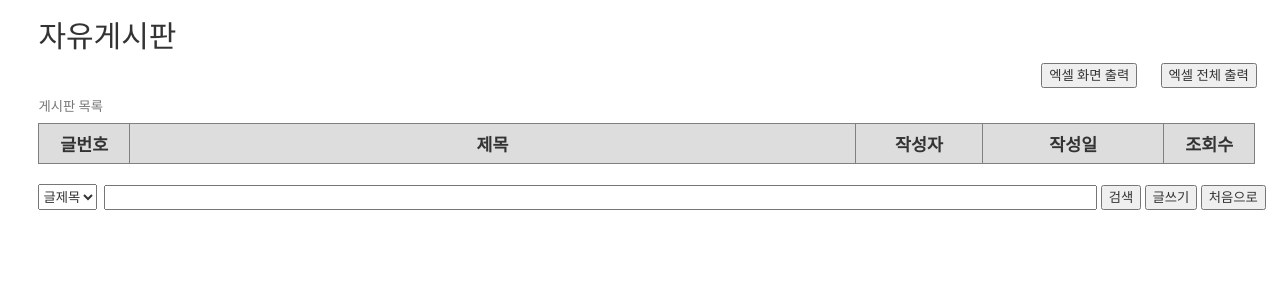
Repository: sser98/bowtech
Page: http://localhost/Board/WEB-INF/views/tiles1/board/list.jsp
An editor plug-in stored every save of this project. The page is shown before and after the next save, followed by the edit.
The browser window is 1280 px wide. The pictures show the whole page.
The page is served by Tomcat 9. Nobody is signed in. Other server files are loaded and not shown. The template is opened directly, without the code that normally fills it, so the values that code supplies are empty.

Above is the page before, as saved 2021-03-09 09:22:44.

### Board/src/main/webapp/WEB-INF/views/tiles1/board/list.jsp
<%@ page language="java" contentType="text/html; charset=UTF-8"
    pageEncoding="UTF-8"%>

<%@ taglib prefix="c" uri="http://java.sun.com/jsp/jstl/core" %>
<%@ taglib prefix="fmt" uri="http://java.sun.com/jstl/fmt" %>
<%@ taglib prefix="fn" uri="http://java.sun.com/jsp/jstl/functions" %>
<% String ctxPath = request.getContextPath(); %>

  <script src="https://ajax.googleapis.com/ajax/libs/jquery/3.5.1/jquery.min.js"></script>
  <script src="https://maxcdn.bootstrapcdn.com/bootstrap/3.4.1/js/bootstrap.min.js"></script>
  <link rel="stylesheet" href="https://maxcdn.bootstrapcdn.com/bootstrap/3.4.1/css/bootstrap.min.css">

<style type="text/css">

	* {
		font-family: "제주고딕";
		font-size: 10pt;
	}

	th {
		font-size: 13pt;
	}

	td {
		font-family: "제주고딕";
		font-size: 10pt;
	}

   table, th, td {border: solid 1px gray;}


    #table {width: 98%; border-collapse: collapse;}
    #table th, #table td {padding: 5px;}
    #table th {background-color: #DDD;}
    .subjectStyle {font-weight: bold;
                   color: navy;
                   cursor: pointer;}


    #searchWord {
    	width: 80%;
    }

    tr {
    	height: 30pt;
    }

    div#mycontent {
	    min-height: 600px;
	    padding-top: 20px;
    }

</style>

<script type="text/javascript">

   $(document).ready(function(){


      $("span.subject").bind("mouseover", function(event){
         var $target = $(event.target);
         $target.addClass("subjectStyle");

      });


      $("span.subject").bind("mouseout", function(event){
         var $target = $(event.target);
         $target.removeClass("subjectStyle");
      });


      $("input#searchWord").keyup(function(event){
         if(event.keyCode == 13) {
            // 엔터를 했을 경우
            goSearch();
         }

      });

      $("div#displayList").hide();

     // === #107. 검색어 입력시 자동글 완성하기 2 === //
      $("div#displayList").hide();
      $("input#searchWord").keyup(function(){

         var wordLength = $(this).val().length;
         // 검색어의 길이를 알아온다.

         if(wordLength == 0) {
            $("div#displayList").hide();
            // 검색어 입력후 백스페이스키를 눌러서 검색어를 모두 지우면 검색된 내용이 안 나오도록 해야 한다.
         }

         else {
            $.ajax({
               url:"<%= request.getContextPath()%>/wordSearchShow.action",
               type:"GET",
               data:{"searchType":$("select#searchType").val()
                   ,"searchWord":$("input#searchWord").val()},
               dataType:"JSON",
               success:function(json){
                  // === #112. 검색어 입력시 자동글 완성하기 7 === //
                  if(json.length > 0) {
                     // 검색된 데이터가 있는 경우임.

                     var html = "";

                     $.each(json, function(index, item){
                        var word = item.word;
                        var index = word.toLowerCase().indexOf($("input#searchWord").val().toLowerCase());
                        var len = $("input#searchWord").val().length;
                        var result = "<span style='color:blue;'>"+word.substr(0, index)+"</span><span style='color:red;'>"+word.substr(index, len)+"</span><span style='color:blue;'>"+word.substr(index+len)+"</span>";
                        html += "<span style='cursor:pointer;' class='result'>"+result+"</span><br>";
                     });

                     $("div#displayList").html(html);
                     $("div#displayList").show();

                  }
               },

               error: function(request, status, error){
                  alert("code: "+request.status+"\n"+"message: "+request.responseText+"\n"+"error: "+error);
                }
            });
         }

      });// end of $("input#searchWord").keyup()-----------------


     // === #113. 검색어 입력시 자동글 완성하기 8 === //
      $(document).on("click",".result",function(){
         var word = $(this).text();
         $("input#searchWord").val(word); // 텍스트박스에 검색된 결과의 문자열을 입력해준다.
         $("div#displayList").hide();
         goSearch();
      });



      // 검색시 검색조건 및 검색어 값 유지시키기
      if( ${not empty paraMap} ) {  // 또는 if( ${paraMap != null} ) {
         $("select#searchType").val("${paraMap.searchType}");
         $("input#searchWord").val("${paraMap.searchWord}");
      }




	   ///// === Excel 파일로 다운받기 시작 === /////
	   $("button#btnAllExcel").click(function(){


		   alert("AllExcel을 클릭 하였습니다.");
		   var frm = document.searchFrm;
		   frm.method = "POST";
		   frm.action = "<%= request.getContextPath()%>/downloadExcelFile.action";
		   frm.submit();
	   });

	   ///// === Excel 파일로 다운받기 끝 === /////

	   ///// === Excel 파일로 다운받기 시작 === /////
	   $("button#btnPageExcel").click(function(){

		   $("input#downLoadType").val("Y");
		   alert("PageExcel을 클릭 하였습니다.");
		   var frm = document.searchFrm;
		   frm.method = "POST";
		   frm.action = "<%= request.getContextPath()%>/downloadExcelFile.action";
		   frm.submit();

		   $("input#downLoadType").val("");
	   });

	   ///// === Excel 파일로 다운받기 끝 === /////

   });// end of $(document).ready(function(){})-------------------


   function goView(seq) {

      // === #124. 페이징 처리되어진 후 특정 글제목을 클릭하여 상세내용을 본 이후
      //           사용자가 목록보기 버튼을 클릭했을때 돌아갈 페이지를 알려주기 위해
      //           현재 페이지 주소를 뷰단으로 넘겨준다.
      var frm = document.goViewFrm;
      frm.seq.value = seq;

      var word=$("input#searchWord").val();
      var type=$("select#searchType").val();

      $("input[name=type]").val(type);
      $("input[name=word]").val(word);

      frm.method = "GET";
      frm.action = "<%= ctxPath%>/view.action";
      frm.submit();

   }// end of function goView(seq){}----------------------------------------------


   function goSearch() {
      var frm = document.searchFrm;
      frm.method = "GET";
      frm.action = "<%= request.getContextPath()%>/list.action";
      frm.submit();
   }// end of function goSearch() {}-----------------------


   function Write() {

	   location.href="<%=ctxPath%>/add.action";
   }


   function list() {

	   location.href="<%=ctxPath%>/list.action";
   }








</script>


<div style="padding-left: 3%;">
   <h2 style="margin-top: 20px;">자유게시판</h2>
   	<button id="btnAllExcel" title="엑셀 화면 출력" style="float: right; margin-right: 17.4pt;">엑셀 전체 출력</button>
   	<button id="btnPageExcel" title="엑셀 전체 출력" style="float: right; margin-right: 17.4pt;">엑셀 화면 출력</button>
   <table summary="최신글 순서대로 나열되어 있는 글 제목과 작성자가 표시된 게시판 표"  id="table">
   	<caption>게시판 목록</caption>


      <tr>

         <th scope="rowgroup" class="number" style="width: 50px;  text-align: center;">글번호</th>
         <th scope="rowgroup" class="title"  style="width: 400px; text-align: center;">제목</th>
         <th scope="rowgroup" class="author" style="width: 70px;  text-align: center;">작성자</th>
         <th scope="rowgroup" class="registerdate" style="width: 100px; text-align: center;">작성일</th>
         <th scope="rowgroup" class="viewcount" style="width: 50px;  text-align: center;">조회수</th>
      </tr>



      <c:forEach var="boardvo" items="${boardList}" varStatus="i">

	      <c:set var="subjectVal" value="${boardvo.subject}"/>
	      <c:set var="date" value="${boardvo.regDate}"/>
	      <c:set var="status" value="${boardvo.status}"/>
	      <c:set var="m" value="${i.index}"/>
	      <c:set var="num" value="${number-m}"/>

        <%-- === 글이 삭제된 경우 === --%>
        <c:choose>
	        <c:when test="${boardvo.status == 0}">
	        	<tr>
            	<td align="center">${num}</td>
	          	<td align="left">

	               <%-- 답변글이 아닌 원글인 경우 --%>
	               <c:if test="${boardvo.depthno == 0}">
							<span class="subject" style="color: gray;">작성자에 의해 삭제된 글입니다.</span>
	               </c:if>

	               <%-- 답변글인 경우 --%>
	               <c:if test="${boardvo.depthno > 0}">
	                  <span class="subject" style="color: gray;"><span style=" font-style: italic; padding-left: ${boardvo.depthno * 20}px;">└Re&nbsp;</span>작성자에 의해 삭제된 글입니다.</span>
	               </c:if>
	            </td>

	             <%-- === 댓글쓰기 및 답변형 및 파일첨부가 있는 게시판 끝 === --%>
			     <td align="center"><c:out value="${boardvo.name}"></c:out></td>
			     <td align="center">${fn:substring(date,0,10)}</td>
			     <td align="center">${boardvo.readCount}</td>
			  </tr>
	      	 </c:when>

	      	 <c:otherwise>
	      		<tr>
            	<td align="center">${num}</td>
	          	<td align="left">

			          <%-- === 댓글쓰기 및 답변형 및 파일첨부가 있는 게시판 시작 === --%>

			          <%-- 첨부파일이 없는 경우 --%>
			          <c:if test="${boardvo.fileName eq '0'}">
			               <%-- 답변글이 아닌 원글인 경우 --%>
			               <c:if test="${boardvo.depthno == 0}">
			                  <c:if test="${boardvo.commentCount > 0}">
									<span class="subject" onclick="goView('${boardvo.seq}')"><c:out value="${subjectVal}"></c:out><span style="vertical-align: super;">[<span style="color: red; font-size: 9pt; font-style: italic; font-weight: bold;">${boardvo.commentCount}</span>]</span> </span>
			                  </c:if>

			                  <c:if test="${boardvo.commentCount == 0}">

			                  	<c:choose>
			                  	<c:when test="${fn:length(subjectVal) > 60}">
			                  		<span class="subject" onclick="goView('${boardvo.seq}')"><c:out value=" ${fn:substring(subjectVal,0,60)}..."></c:out> </span>
			                  	</c:when>

			                  	<c:otherwise>
			                  		<span class="subject" onclick="goView('${boardvo.seq}')"><c:out value="${boardvo.subject}"></c:out></span>
			                  	</c:otherwise>
			                  	</c:choose>
			                </c:if>
			          </c:if>


			               <%-- 답변글인 경우 --%>
			               <c:if test="${boardvo.depthno > 0}">

			                  <c:if test="${boardvo.commentCount > 0}">
			                  <span class="subject" onclick="goView('${boardvo.seq}')"><span style="color: red; font-style: italic; padding-left: ${boardvo.depthno * 20}px;">└Re&nbsp;</span>${boardvo.subject} <span style="vertical-align: super;">[<span style="color: red; font-size: 9pt; font-style: italic; font-weight: bold;">${boardvo.commentCount}</span>]</span> </span>
			                  </c:if>

			                  <c:if test="${boardvo.commentCount == 0}">
			                  <span class="subject" onclick="goView('${boardvo.seq}')"><span style="color: red; font-style: italic; padding-left: ${boardvo.depthno * 20}px;">└Re&nbsp;</span>${boardvo.subject}</span>
			                  </c:if>
			               </c:if>
			          </c:if>


			          <%-- 첨부파일이 있는 경우 --%>
			          <c:if test="${boardvo.fileName ne '0'}">

			               <%-- 답변글이 아닌 원글인 경우 --%>
			               <c:if test="${boardvo.depthno == 0}">

			                  <c:if test="${boardvo.commentCount > 0}">

			                  <span class="subject" onclick="goView('${boardvo.seq}')">${boardvo.subject} <span style="vertical-align: super;">[<span style="color: red; font-size: 9pt; font-style: italic; font-weight: bold;">${boardvo.commentCount}</span>]</span> </span> &nbsp;<img alt="첨부파일이 있는 글" src="<%= request.getContextPath()%>/resources/images/disk.gif" />
			                  </c:if>
			                  <c:if test="${boardvo.commentCount == 0}">
			                  <span class="subject" onclick="goView('${boardvo.seq}')">${boardvo.subject}</span> &nbsp;<img alt="첨부파일이 있는 글" src="<%= request.getContextPath()%>/resources/images/disk.gif" />
			                  </c:if>
			               </c:if>

			               <%-- 답변글인 경우 --%>
			               <c:if test="${boardvo.depthno > 0}">
			                  <c:if test="${boardvo.commentCount > 0}">
			                  <span class="subject" onclick="goView('${boardvo.seq}')"><span style="color: red; font-style: italic; padding-left: ${boardvo.depthno * 20}px;">└Re&nbsp;</span>${boardvo.subject} <span style="vertical-align: super;">[<span style="color: red; font-size: 9pt; font-style: italic; font-weight: bold;">${boardvo.commentCount}</span>]</span> </span> &nbsp;<img alt="첨부파일이 있는 글" src="<%= request.getContextPath()%>/resources/images/disk.gif" />
			                  </c:if>

			                  <c:if test="${boardvo.commentCount == 0}">
			                  <span class="subject" onclick="goView('${boardvo.seq}')"><span style="color: red; font-style: italic; padding-left: ${boardvo.depthno * 20}px;">└Re&nbsp;</span>${boardvo.subject}</span> &nbsp;<img alt="첨부파일이 있는 글" src="<%= request.getContextPath()%>/resources/images/disk.gif" />
			                  </c:if>
			               </c:if>
			          </c:if>


			     </td>
			     		<%-- === 댓글쓰기 및 답변형 및 파일첨부가 있는 게시판 끝 === --%>
			            <td align="center"><c:out value="${boardvo.name}"></c:out></td>
			            <td align="center">${fn:substring(date,0,10)}</td>
			            <td align="center">${boardvo.readCount}</td>
			  </tr>
			 </c:otherwise>
      	</c:choose>
      </c:forEach>
   </table>

   <%-- === #122. 페이지바 보여주기 === --%>
   <div align="center" style="width: 70%; border: solid 0px gray; margin: 20px auto;">
      ${pageBar}
   </div>


   <%-- ~~~~~~~~~~~~~~~~~~~~~~~~~~~~~~~~~~~~~~~~~~~~~~~~~~~
             페이징 처리되어진 후 특정 글제목을 클릭하여 상세내용을 본 이후
        사용자가 목록보기 버튼을 클릭했을때 돌아갈 페이지를 알려주기 위해
        현재 페이지 주소를 뷰단으로 넘겨준다. --%>

   <form name="goViewFrm">
      <input type="hidden" name="seq" />
      <input type="hidden" name="gobackURL" style="width: 100%;" value="${gobackURL}"/>
   </form>

   <%-- === #101. 글검색 폼 추가하기 : 글제목, 글쓴이로 검색을 하도록 한다. === --%>
   <form name="searchFrm"  style="margin-bottom: 20px;">
      <select title="검색유형을 선택하세요" name="searchType" id="searchType" style="height: 26px;">
         <option value="subject" title="글제목" selected>글제목</option>
         <option value="name" title="글쓴이" >글쓴이</option>
      </select>
      <label for="searchWord"></label>
      <input type="text" title="검색어 입력" name="searchWord" id="searchWord" size="40" autocomplete="off" />
      <input type="hidden" name="downLoadType" id="downLoadType"/>
      <button type="button" title="검색" onclick="goSearch();">검색</button>
      <button type="button" title="글쓰기 " onclick="Write();" >글쓰기</button>
      <button type="button" title="처음으로" onclick="list();" >처음으로</button>
   </form>

   <%-- === #106. 검색어 입력시 자동글 완성하기 1 === --%>
   <div id="displayList" style="border:solid 1px gray; border-top:0px; width:326px; height:100px; margin-left:70px; margin-top:-1px; overflow:auto;">
   </div>

</div>

After the next save:
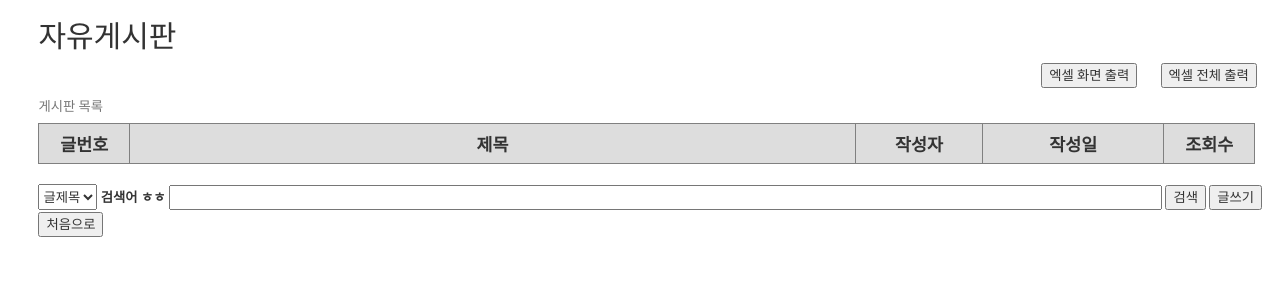
Saved 29 s later.
--- a/Board/src/main/webapp/WEB-INF/views/tiles1/board/list.jsp
+++ b/Board/src/main/webapp/WEB-INF/views/tiles1/board/list.jsp
@@ -386,7 +386,8 @@
          <option value="subject" title="글제목" selected>글제목</option>
          <option value="name" title="글쓴이" >글쓴이</option>
       </select>
-      <label for="searchWord"></label>
+      <label for="searchType">검색어</label>
+      <label for="searchWord">ㅎㅎ</label>
       <input type="text" title="검색어 입력" name="searchWord" id="searchWord" size="40" autocomplete="off" />
       <input type="hidden" name="downLoadType" id="downLoadType"/>
       <button type="button" title="검색" onclick="goSearch();">검색</button>
